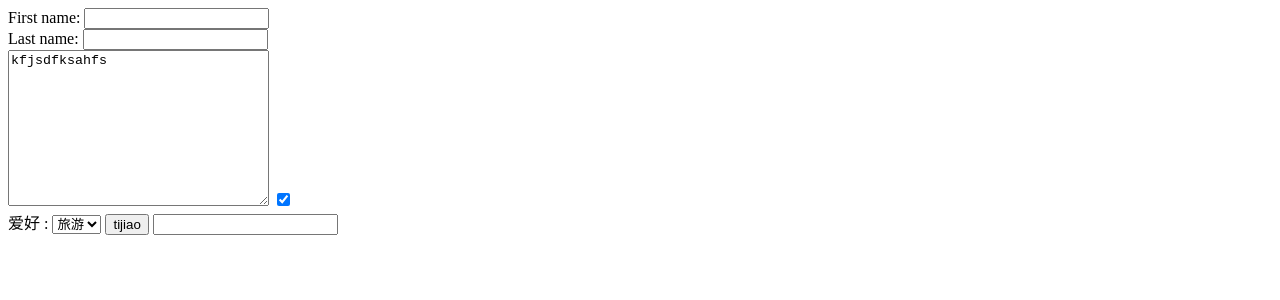
Repository: N1connys/person
Page: review.html
An editor plug-in stored every save of this project. The page is shown before and after the next save, followed by the edit.
The browser window is 1280 px wide. The pictures show the whole page.

Above is the page before, as saved 2023-02-20 21:23:33.

After the next save:
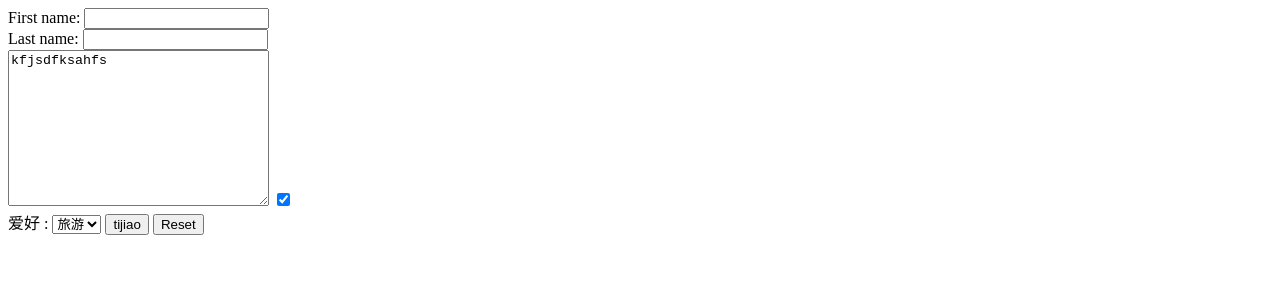
Saved 5 s later.
--- a/review.html
+++ b/review.html
@@ -24,7 +24,7 @@ Last name: <input type="password" name="lastname">
     <option value=" 购物 "> 购物 </option>
     </select>
     <input type="submit" value="tijiao">
-    <input type="text" name="" id="">
+    <input type="reset" name="" id="">
 </form>
 
 
